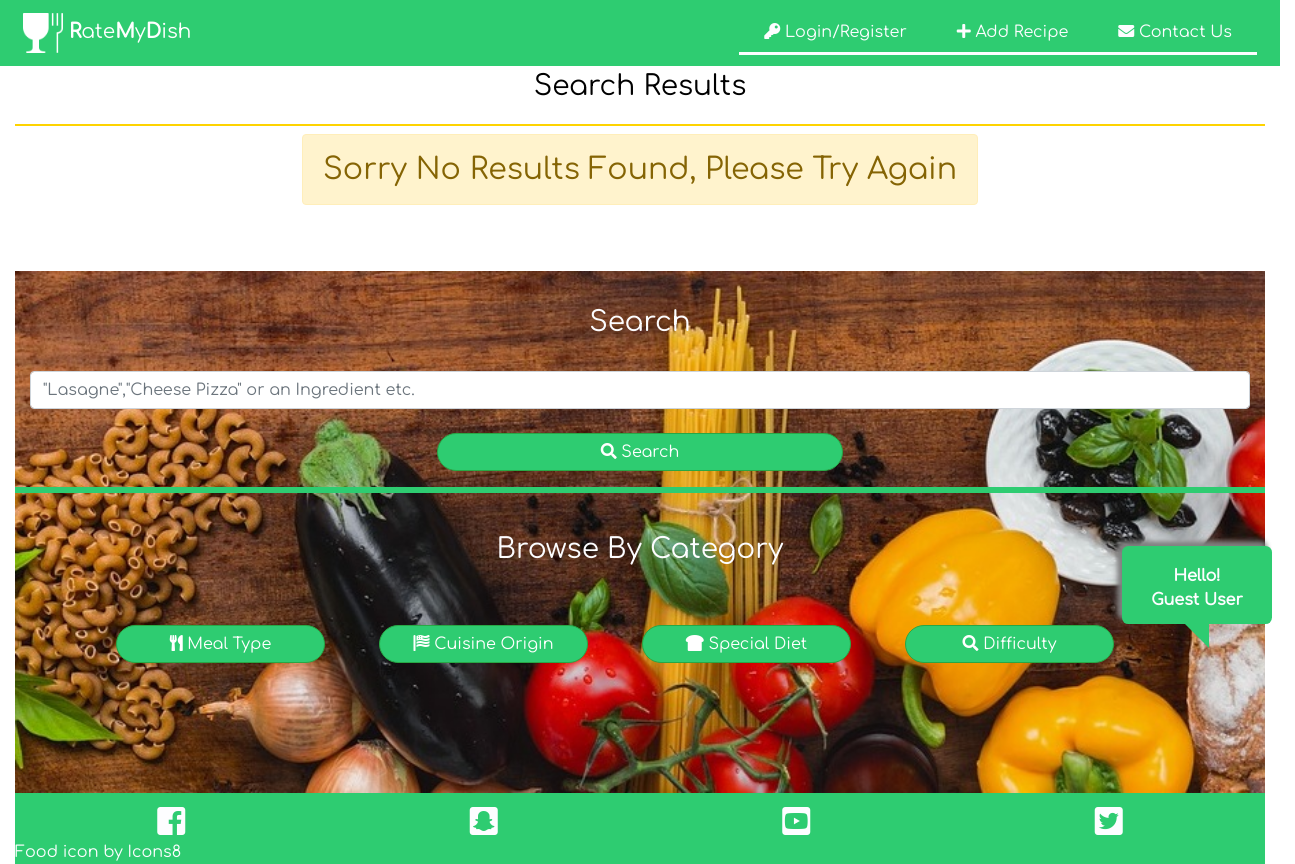
Repository: dbyrne87/ratemydish
Page: templates/search_results.html
The author's editor kept a record of every edit. The page is drawn from the files as they stood at one moment, then again after the next edit.
The browser window is 1280 px wide. The page is 1280 px wide, then 1295 px, so the pictures cover 1295 px, including what lies to the right of the window. The pictures show the whole page.
Some web fonts or font styles are not loaded; a fallback is used. The template is drawn by Flask 3. The application's start-up code is not run. Other server files are loaded and not shown. The template is opened directly, without the code that normally fills it, so the values that code supplies are empty.

Above is the page before.

### templates/search_results.html
{% extends "base.html" %} {% block content %}

    <header class="container-fluid">
        <h3 class="col-xs-6 mx-auto text-center sub-heading">Search Results</h3>
    </section>
    <div class="container-fluid" id="search-footer">
        <div class="row">
            {% for meal_type in task %}
            <div class="col-lg-4 col-md-6 mb-4">
                <div class="card h-80 text-center text-white bg-gradient-1">
                    <img class="card-img-top" src={{meal_type.image_url}} alt="Card image cap">
                    <h4 class="card-header text-capitalize">{{meal_type.meal_title}}</h4>
                    <div class="card-body">
                        <p class="card-text"><b>Created By:</b> {{meal_type.chef_name}}<br><b>Preparation Time:</b> {{meal_type.prep_time}}<br><b>Cooking Time:</b> {{meal_type.cook_time}}<br><b>Serves:</b> {{meal_type.servings}}</p>
                    </div>
                    <form method="POST" action="{{ url_for('view_recipe', search=meal_type._id) }}">
                        <button type="submit" class="btn btn-outline-success card-footer" name="get_recipe" value="{{meal_type._id}}"><i class="fas fa-arrow-right"></i> Go To Recipe</button>
                    </form>
                </div>
            </div>
            {% else %}
            <div class="alert alert-warning mx-auto" role="alert">
                Sorry No Results Found, Please Try Again
            </div>
            <div class="container-fluid">
                <div class="jumbotron-fluid">
                    <h3 class="search-text">Search</h3>
                    <br>
                    <div class="form-group col-12">
                        <form method="POST" action="{{ url_for('search') }}">
                            <input type="text" class="form-control" id="search" name="search" placeholder='"Lasagne","Cheese Pizza" or an Ingredient etc.'>
                            <br>
                            <button type="submit" class="btn btn-outline-success col-lg-4"><i class="fas fa-search"></i> Search</button>
                        </form>
                    </div>
                    <hr>
                    <br>
                    <form>
                        <h3>Browse By Category</h3>
                        <button type="button" class="btn btn-outline-success col-sm-6 col-lg-2 category-buttons" data-toggle="modal" data-target="#meal-type-category"><i class="fas fa-utensils"></i> Meal Type</button>
                        <button type="button" class="btn btn-outline-success col-sm-6 col-lg-2 category-buttons" data-toggle="modal" data-target="#cuisine-type-category"><i class="fas fa-flag-usa"></i> Cuisine Origin</button>
                        <button type="button" class="btn btn-outline-success col-sm-6 col-lg-2 category-buttons" data-toggle="modal" data-target="#special-diet-type-category"><i class="fas fa-bread-slice"></i> Special Diet</button>
                        <button type="button" class="btn btn-outline-success col-sm-6 col-lg-2 category-buttons" data-toggle="modal" data-target="#difficulty-type-category"><i class="fas fa-search"></i> Difficulty</button>

                    </form>
                    <!-- Modal -->
                    <div class="modal fade" id="meal-type-category" tabindex="-1" role="dialog" aria-labelledby="meal-type-category" aria-hidden="true">
                        <div class="modal-dialog modal-dialog-centered" role="document">
                            <div class="modal-content">
                                <div class="modal-header">
                                    <h5 class="modal-title" id="exampleModalLongTitle">Meal Type</h5>
                                    <button type="button" class="close" data-dismiss="modal" aria-label="Close">
                                      <span aria-hidden="true">&times;</span>
                                    </button>
                                </div>
                                <div class="modal-body">
                                    <form method="POST" action="{{ url_for('category_results') }}">
                                        {% for meal_type in meal_type_category[0:3] %}
                                        <div class="selection-items">
                                            <button type="submit" class="btn btn-outline-success selection-button col-sm-12" name="type_category_button" value="{{meal_type[0:20]}}">{{meal_type[0:20]}}</button>
                                        </div>
                                        {%endfor%}
                                    </form>
                                </div>
                            </div>
                        </div>
                    </div>
                    <!-- Modal -->
                    <div class="modal fade" id="cuisine-type-category" tabindex="-1" role="dialog" aria-labelledby="cuisine-type-category" aria-hidden="true">
                        <div class="modal-dialog modal-dialog-centered" role="document">
                            <div class="modal-content">
                                <div class="modal-header">
                                    <h5 class="modal-title" id="exampleModalLongTitle">Cuisine Type</h5>
                                    <button type="button" class="close" data-dismiss="modal" aria-label="Close">
                                    <span aria-hidden="true">&times;</span>
                                    </button>
                                </div>
                                <div class="modal-body">
                                    <form method="POST" action="{{ url_for('category_results') }}">
                                        {% for cuisine_type in cuisine_type_category[0:3] %}
                                        <div class="selection-items">
                                            <button type="submit" class="btn btn-outline-success selection-button col-sm-12" name="type_category_button" value="{{cuisine_type[0:20]}}">{{cuisine_type[0:20]}}</button>
                                        </div>
                                        {%endfor%}
                                    </form>
                                </div>
                            </div>
                        </div>
                    </div>
                    <!-- Modal -->
                    <div class="modal fade" id="special-diet-type-category" tabindex="-1" role="dialog" aria-labelledby="special-diet-type-category" aria-hidden="true">
                        <div class="modal-dialog modal-dialog-centered" role="document">
                            <div class="modal-content">
                                <div class="modal-header">
                                    <h5 class="modal-title" id="exampleModalLongTitle">Special Diet</h5>
                                    <button type="button" class="close" data-dismiss="modal" aria-label="Close">
                                    <span aria-hidden="true">&times;</span>
                                    </button>
                                </div>
                                <div class="modal-body">
                                    <form method="POST" action="{{ url_for('category_results') }}">
                                        {% for special_diet in special_diet_type_category[0:3] %}
                                        <div class="selection-items">
                                            <button type="submit" class="btn btn-outline-success selection-button col-sm-12" name="type_category_button" value="{{special_diet[0:20]}}">{{special_diet[0:20]}}</button>
                                        </div>
                                        {%endfor%}
                                    </form>
                                </div>
                            </div>
                        </div>
                    </div>
                    <!-- Modal -->
                    <div class="modal fade" id="difficulty-type-category" tabindex="-1" role="dialog" aria-labelledby="difficulty-type-category" aria-hidden="true">
                        <div class="modal-dialog modal-dialog-centered" role="document">
                            <div class="modal-content">
                                <div class="modal-header">
                                    <h5 class="modal-title" id="exampleModalLongTitle">Difficulty</h5>
                                    <button type="button" class="close" data-dismiss="modal" aria-label="Close">
                                    <span aria-hidden="true">&times;</span>
                                    </button>
                                </div>
                                <div class="modal-body">
                                    <form method="POST" action="{{ url_for('category_results') }}">
                                        <div class="selection-items">
                                            <button type="submit" class="btn btn-outline-success selection-button col-sm-12" name="type_category_button" value="Easy">Easy</button>
                                        </div>
                                        <div class="selection-items">
                                            <button type="submit" class="btn btn-outline-success selection-button col-sm-12" name="type_category_button" value="Medium">Medium</button>
                                        </div>
                                        <div class="selection-items">
                                            <button type="submit" class="btn btn-outline-success selection-button col-sm-12" name="type_category_button" value="Hard">Hard</button>
                                        </div>
                                    </form>
                                </div>
                            </div>
                        </div>
                    </div>
                </div>
            </div>
        </div>
        {% endfor %}
    </div>
{% endblock %}

### templates/base.html
<!DOCTYPE html>
<html lang="en">

<head>

  <meta charset="utf-8">
  <meta name="viewport" content="width=device-width, initial-scale=1, shrink-to-fit=no">
  <meta name="description" content="Online Cookbook to Add and View Recipes For People To Like or Dislike">
  <meta name="author" content="Declan Byrne">

  <title>RateMyDish</title>
  <link rel="icon" href="https://img.icons8.com/small/16/000000/food.png">

  <link rel="stylesheet" href="https://stackpath.bootstrapcdn.com/bootstrap/4.3.1/css/bootstrap.min.css" integrity="sha384-ggOyR0iXCbMQv3Xipma34MD+dH/1fQ784/j6cY/iJTQUOhcWr7x9JvoRxT2MZw1T" crossorigin="anonymous">
  <link rel="stylesheet" href="https://use.fontawesome.com/releases/v5.7.2/css/all.css" integrity="sha384-fnmOCqbTlWIlj8LyTjo7mOUStjsKC4pOpQbqyi7RrhN7udi9RwhKkMHpvLbHG9Sr" crossorigin="anonymous">
  <link href="https://fonts.googleapis.com/css?family=Comfortaa|Sniglet" rel="stylesheet">
  <link href="/static/css/style.css" rel="stylesheet">

</head>


    <header class="container-fluid">
        <nav class="navbar container-fluid navbar-light navbar-expand-md navbar-dark bg-gradient-1 fixed-top">
            <div class="container-fluid dropdown-padding">
                <a class="navbar-brand" href="/"><img id="logo" src="/static/media/icons8-food-100.png" alt="RateMyDish Logo"> <b>R</b>ate<b>M</b>y<b>D</b>ish</a>
                <button class="navbar-toggler mr-auto" type="button" data-toggle="collapse" data-target="#navbar-content" aria-controls="navbar-content" aria-expanded="false" aria-label="Toggle navigation">
                    <span class="navbar-toggler-icon"></span>
                </button>

                <div class="collapse navbar-collapse" id="navbar-content">
                    <ul class="navbar-nav ml-auto">
                        {% if username is not none %}
                        <li class="nav-item">
                            <a class="nav-link active" href="/"><i class="fas fa-key"></i> Login/Register</a>
                        </li>
                        {% else %}
                        <li class="nav-item">
                            <a class="nav-link" href="{{ url_for('logout') }}"><i class="fas fa-sign-out-alt"></i> Log Out</a>
                        </li>
                        {% endif %}
                        </li>
                        <li class="nav-item">
                            <a class="nav-link" href="{{ url_for('add_recipe') }}"><i class="fas fa-plus"></i> Add Recipe</a>
                        </li>
                        <li class="nav-item">
                            <a class="nav-link" href="{{ url_for('contact_us') }}"><i class="fas fa-envelope"></i> Contact Us</a>
                        </li>
                    </ul>
                </div>
            </div>
        </nav>
        <div class="speech-bubble d-none d-md-block">
            <div>
                {% if username is none %}
                    <p class="text-center font-weight-bold username">Hello! <br>{{session['username']}}</p>
                {% else %}
                    <p class="text-center font-weight-bold username">Hello! <br> Guest User</p>
                {% endif %}
            </div>
        </div>
    </header>

    {% block content %} {% endblock %} <!-- Content from other html content will be inserted here -->

    <footer class="row" id="footer-background">
        <div class="col-sm-6 col-md-3 col-lg-3">
            <a class="social-icon d-none d-md-block" href="https://www.facebook.com/" target="_blank"><i class="fab fa-facebook-square fa-2x"></i></a>
        </div>
        <div class="col-sm-6 col-md-3 col-lg-3">
            <a class="social-icon d-none d-md-block" href="https://www.snapchat.com/l/en-gb/" target="_blank"><i class="fab fa-snapchat-square fa-2x"></i></a>
        </div>
        <div class="col-sm-6 col-md-3 col-lg-3">
            <a class="social-icon d-none d-md-block" href="https://www.youtube.com/" target="_blank"><i class="fab fa-youtube-square fa-2x"></i></a>
        </div>
        <div class="col-sm-6 col-md-3 col-lg-3">
            <a class="social-icon d-none d-md-block" href="https://twitter.com/?lang=en" target="_blank"><i class="fab fa-twitter-square fa-2x"></i></a>
        </div>
          <a href="https://icons8.com/icon/2470/food" target="_blank">Food icon by Icons8</a>
    </footer>

      <script src="https://code.jquery.com/jquery-3.4.1.min.js" integrity="sha256-CSXorXvZcTkaix6Yvo6HppcZGetbYMGWSFlBw8HfCJo=" crossorigin="anonymous"></script>
      <script src="https://cdnjs.cloudflare.com/ajax/libs/popper.js/1.14.7/umd/popper.min.js" integrity="sha384-UO2eT0CpHqdSJQ6hJty5KVphtPhzWj9WO1clHTMGa3JDZwrnQq4sF86dIHNDz0W1" crossorigin="anonymous"></script>
      <script src="https://stackpath.bootstrapcdn.com/bootstrap/4.3.1/js/bootstrap.min.js" integrity="sha384-JjSmVgyd0p3pXB1rRibZUAYoIIy6OrQ6VrjIEaFf/nJGzIxFDsf4x0xIM+B07jRM" crossorigin="anonymous"></script>

    </body>

</html>

### static/css/style.css
/* base.html */

body {
  text-align: center;
  color: #FDFDFF;
  padding: 0 !important;
  margin-top: 50px;
  font-family: 'Sniglet', 'Comfortaa', cursive;
}

.navbar,
.modal-header {
  padding: 8px;
  background-color: #2ecc71;

}

#logo {
  max-height: 40px;
}

.nav-item{
  border-bottom: 3px solid #FDFDFF;
  background-image: linear-gradient(to right, #FDFDFF, #fed300);
  background-size: 0 5px, auto;
  background-repeat: no-repeat;
  background-position: center bottom;
  transition: all .3s ease-in-out;

}

.navbar-toggler {
  top: 55px;
  right: 14px;
  position: absolute;
  padding: 2px;

}

.nav-item:hover {
  background-size: 100% 5px, auto;
}

a,
a:hover {
  text-decoration: none;
  color: #FDFDFF;
}

.nav-link,
.card-header{
  padding: 8px 25px !important;
  color: #FDFDFF !important;

}

.speech-bubble {
  position: fixed;
  bottom: 6em;
  right: 0.5em;
  background-color: #2ecc71;
  border-radius: .4em;
  box-shadow: -5px -5px 5px grey;
  width: 150px;
  height: 78px;
  padding-top: 18px;
  padding-left: 0px;
  z-index: 1000;
}

.speech-bubble:after {
  content: '';
  position: absolute;
  bottom: 0;
  left: 50%;
  width: 0;
  height: 0;
  border: 24px solid transparent;
  border-top-color: #2ecc71;
  border-bottom: 0;
  border-right: 0;
  margin-left: -12px;
  margin-bottom: -24px;
}

.username {
  padding: 0;
}

#footer-background {
  background-color: #2ecc71;
  margin: 0;
  padding-top: 12px;
}

p {
  margin-bottom: 0px;
  padding-left: 20px;
}

/* Any Sub Headings */
.sub-heading {
  padding: 20px 0px;
  border-bottom: 2px solid #FED300;
  color: black;
}


/* Our Favourites, Most Liked Sections & Recipe List Page */
.card-img-top{
  max-height:142px;
}

.card {
  background-color: #2ecc71;
  box-shadow: 10px 10px 4px rgba(0, 0, 0, .5);

}

.card-body {
  min-height: 96px;
  background-color: #FCFCFC;
  color: black;
  padding:16px 5px;

}

.card-text {
  color: black;
}

.card-footer {
  width: 100%;
  display: block;
}

label{
  margin-bottom:0;
  margin-left:3px;
  padding: 5px 14px 5px 14px;
  background-color:#2ecc71;
  border-radius:10px 10px 0px 0px;
  color:white;
}

/* home.html*/

.search-text {
  padding-top: 35px; /* Also in search_results.html*/
}

.jumbotron-fluid {
  background-image: url("/static/media/jumbotron-img.jpg"); /* Also in search_results.html*/
  background-size: cover;
  height: 100%;
  margin-top:50px;
}

hr {
  /*Horizontal Style Rule */
  border: 3px solid #2ecc71;

}

h3 {
  color: #FDFDFF;
  padding-top: 0;
}

.btn-outline-success {
  background-color: #2ecc71;
  color: white;
  border-radius: 20px;
}

.category-buttons {
  margin: 50px 50px 80px 0px;
}

.modal-body {
  background-color:#2ecc71;
  display:block;
  padding: 0px;
}

.selection-button{
  padding: 20px 0px;
  border:none;
  border-bottom: 3px solid white;
  border-radius:0;
  background-color:#2ecc71;
  color:white;
}


/* register_login Page.html*/
.video-wrap {
  clip: rect(0, auto, auto, 0);
  position: absolute;
  top: 0;
  left: 0;
  width: 100%;
  height: 100%;
}

#video {
  position: fixed;
  display: block;
  top: 0;
  left: 0;
  width: 100%;
  height: 100%;
  background-size: cover;
  background-position: center center;
  -webkit-transform: translateZ(0);
  transform: translateZ(0);
  will-change: transform;
  z-index: -1000;
}

video {
  position: fixed;
  top: 50%;
  left: 50%;
  min-width: 100%;
  min-height: 100%;
  width: auto;
  height: auto;
  z-index: -100;
  transform: translateX(-50%) translateY(-50%);
  background: url('') no-repeat;
  background-size: cover;
  transition: 1s opacity;
}

#video-background {
  position: relative;
  width: 100%;
  height: 100vh;
}

#input-container {
  margin-top: 66px;
  padding-top: 2%;
  margin-bottom: 10px;
}

#input-seperator {
  border-right: 3px solid white;
  margin-top: 20px;
  margin-right: 60px;
}

#input-seperator-bottom {
  border-top: 3px solid white;
}


/* Contact , Add Recipe & Edit Recipe Page Forms */

.field-padding { /* Also In contact_us.html */
  margin-bottom: 20px;

}

#btnAdd_1,
#btnDel_1,
#btnAdd_2,
#btnDel_2{
  margin-bottom: 16px;
}

#recipe_submit-button{
  margin-top: 30px;
}

.add_recipe_card {
  margin-top: 75px;
}

.alert {
  font-size: 30px;
}


/*   search_results.html    */
#search-footer{
  padding:0;
  margin-bottom:50px;
}


/*   recipepage.html    */
.recipe-page-title{
 font-size:40px;
 padding-top:26px;
}

#recipe-page-image{
  margin:27px 20px 10px 10px;
  max-width:40vw;
  max-height:60vh;
  padding:0;
  box-shadow: 10px 10px 4px rgba(0, 0, 0, .5);
}

#recipe-page-list-boxes-first{
  margin-top:27px;
}

.recipe-page-list-boxes{
  background-color:#2ecc71;
  margin:15px 10px 15px 0px;
  padding: 12px 20px;
  top: 4%;
}

ol{
  color:black;
  word-wrap: normal
}

li:empty{
    display:none;
}

#ratings-left{
  text-align:left;
}

#comments-title{
  color:black;
  padding-bottom:20px;
  margin-bottom:20px;
}

#comment{
  color:black;
  margin-bottom:20px;
  word-wrap: normal;
}

#comment_title{
  margin-top:20px;
}

#have-your-say-content{
  text-align:left !important;
}

#comment:focus {
  border-color: #FED300 !important;
  box-shadow: inset 0 1px 1px rgba(254, 211, 0, 0.075), 0 0 8px rgba(254, 211, 0, 0.6) !important;
}

.btn-warning,
.btn-primary,
.btn-danger{
  color: white;
  border-radius: 20px;
  margin-bottom:15px;
}

/* ########   Media Queries   ######## */

/* ########   Media Query For base.html Navbar   ######## */
@media (min-width: 342px) {
  .navbar-toggler {
    top: 55px;
    right: 42px;
    position: absolute;
    padding: 2px;
  }
}

/* ########   Media Query For recipepage.html Ingredient & Instruction Lists   ######## */
@media (max-width: 576px) {
  #recipe-page-list-boxes-first{
    margin-top:17px !important;
  }
  .recipe-page-list-boxes{
  padding:20px 5px;
  }
}

/* ########   Media Query For base.html Navbar Mobile Menu   ######## */
@media (max-width:767px) {
  .fixed-top {
    top: -40px;
  }
  .dropdown-padding {
    padding-top: 40px;
  }
    .navbar-toggler {
    top: 55px;
    right: 11px;
    position: absolute;
    padding: 2px;
  }
}

/* ########   Media Query For recipepage.html Recipe Image   ######## */
@media (max-width:992px) {
  #recipe-page-image{
  margin:0;
  min-width:81vw;
}

}

/* ########   Media Query For home.html & search_results.html  & recipepage.html ######## */
@media (max-width:1025px) {
  .category-buttons { /* Jumbotron Buttons */
    margin: 10px 0px;
  }
   .recipe-page-list-boxes{ /* All Recipe Related boxes in the recipepage.html */
    top:0;
    margin-bottom:2px;
    min-height:60px;
   }
}

/* ########   Media Query For recipepage.html Ingredient & Instruction List, First Row of Inputs  ######## */
@media (max-width:1125px) {
  #recipe-page-list-boxes-first{
    margin-top:5px;
  }
}


/* ########   All Media Queries For register_login.html Background Video ######## */
@media (min-width: 770px) {
  #video-background {
    position: relative;
    width: 100%;
    height: 110vh;
  }
}

@media (max-width: 737px) {
  #video-background {
    position: relative;
    width: 100%;
    height: 200vh;
  }
}

@media (max-width: 641px) {
  #video-background {
    position: relative;
    width: 100%;
    height: 235vh;
  }
}

@media (max-width: 414px) {
  #video-background {
    position: relative;
    width: 100%;
    height: 140vh;
  }
}

@media (min-width: 822px) and (min-width: 374px) {
  #video-background {
    position: relative;
    width: 100%;
    height: 210vh;
  }
}

@media (min-width: 998px) and (min-width: 766px) {
  #video-background {
    position: relative;
    width: 100%;
    height: 90vh;
  }
}

After the next edit:
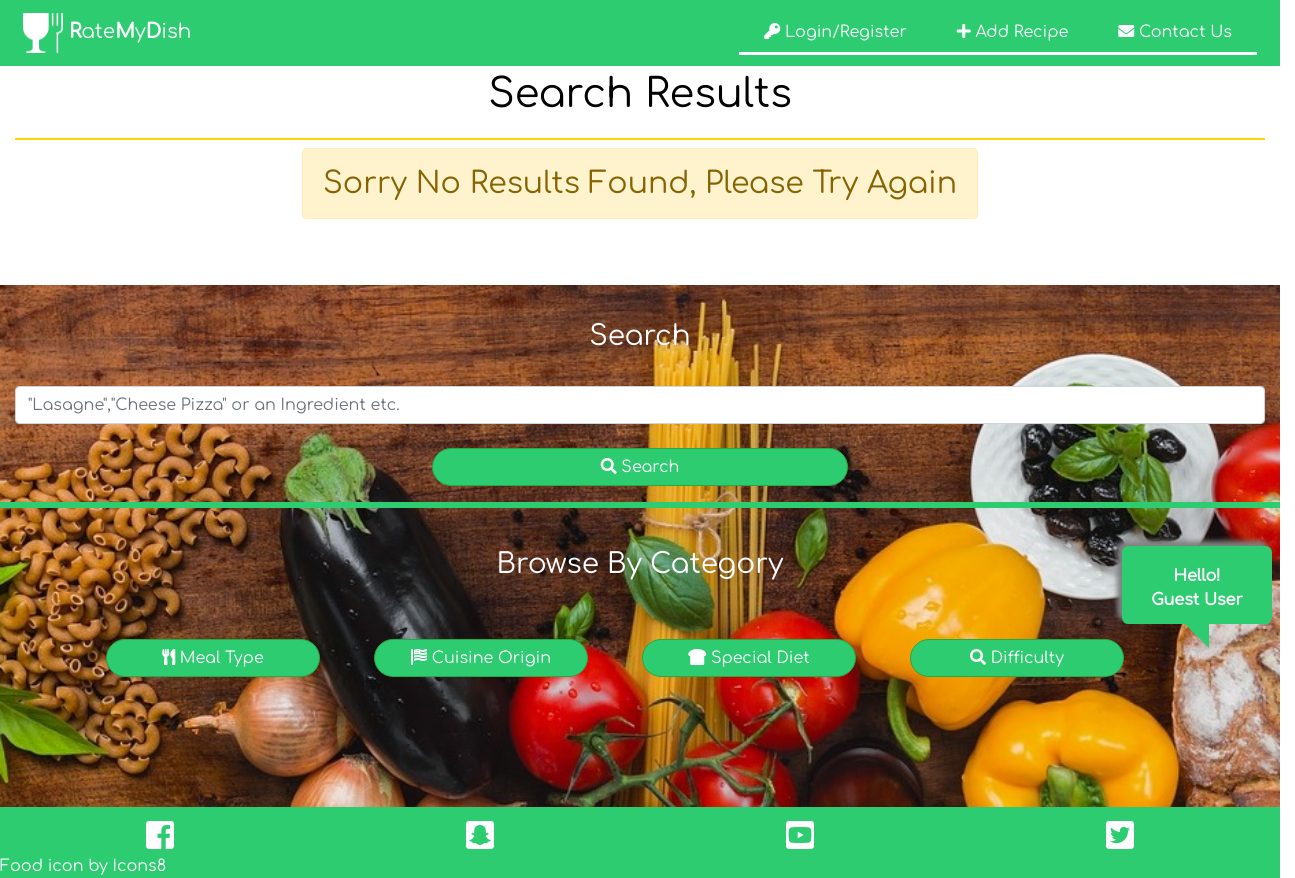
The edit:
--- a/templates/search_results.html
+++ b/templates/search_results.html
@@ -1,8 +1,8 @@
 {% extends "base.html" %} {% block content %}
 
     <header class="container-fluid">
-        <h3 class="col-xs-6 mx-auto text-center sub-heading">Search Results</h3>
-    </section>
+        <h1 class="col-xs-6 mx-auto text-center sub-heading">Search Results</h1>
+    </header>
     <div class="container-fluid" id="search-footer">
         <div class="row">
             {% for meal_type in task %}
